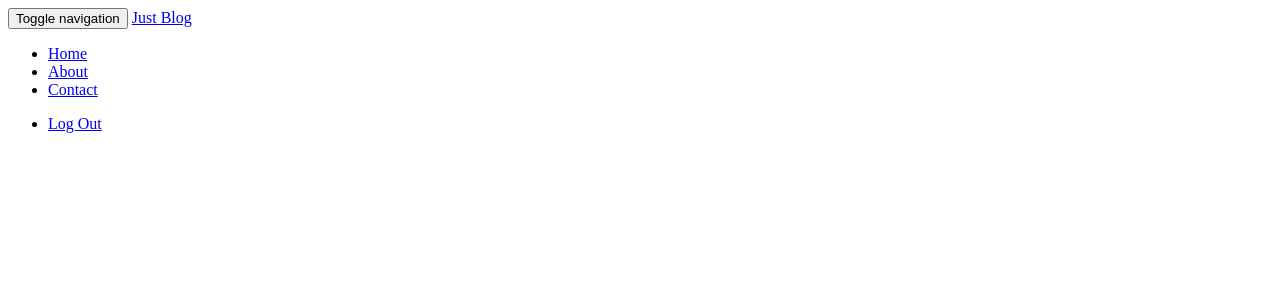
Repository: irfanhabib0/Final-JustBlog
Page: JustBlogFrontEnd/WebContent/user/Header2.html
These files come from the project's save history. The page is drawn as it stood at one moment and after the next save; the edit follows.
The browser window is 1280 px wide. The pictures show the whole page.

Above is the page before, as saved 2017-08-24 11:24:43.

### JustBlogFrontEnd/WebContent/user/Header2.html
 <!-- Static navbar -->
    <nav class="navbar navbar-inverse  navbar-static-top">
      <div class="container">
        <div class="navbar-header">
          <button type="button" class="navbar-toggle collapsed" data-toggle="collapse" data-target="#navbar" aria-expanded="false" aria-controls="navbar">
            <span class="sr-only">Toggle navigation</span>
            <span class="icon-bar"></span>
            <span class="icon-bar"></span>
            <span class="icon-bar"></span>
          </button>
          <a class="navbar-brand" href="#">Just Blog</a>
        </div>
        <div id="navbar" class="navbar-collapse collapse">
          <ul class="nav navbar-nav">
            <li class="active"><a href="#">Home</a></li>
            <li><a href="#about">About</a></li>
            <li><a href="#contact">Contact</a></li>

          </ul>
           <ul class="nav navbar-nav navbar-right">
            <!-- <li><a href="../navbar/">Default</a></li>
            <li class="active"><a href="./">Static top <span class="sr-only">(current)</span></a></li> -->
            <li><a href="../navbar-fixed-top/">Log Out</a></li>
           </ul>

          </div>


          </div>

      </nav>
        </div><!--/.nav-collapse -->
      </div>

After the next save:
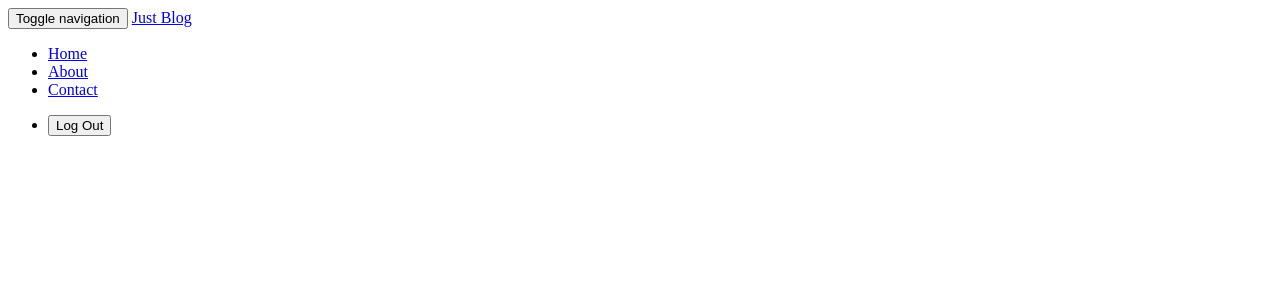
Saved 9 min 4 s later.
--- a/JustBlogFrontEnd/WebContent/user/Header2.html
+++ b/JustBlogFrontEnd/WebContent/user/Header2.html
@@ -20,7 +20,9 @@
            <ul class="nav navbar-nav navbar-right">
             <!-- <li><a href="../navbar/">Default</a></li>
             <li class="active"><a href="./">Static top <span class="sr-only">(current)</span></a></li> -->
-            <li><a href="../navbar-fixed-top/">Log Out</a></li>
+            <li><a href="" class="btn btn-info"
+					ng-click="userCtrl.doLogout()"><button type="button"
+							class="btn btn-primary">Log Out</button></a></li>
            </ul>
 
           </div>
